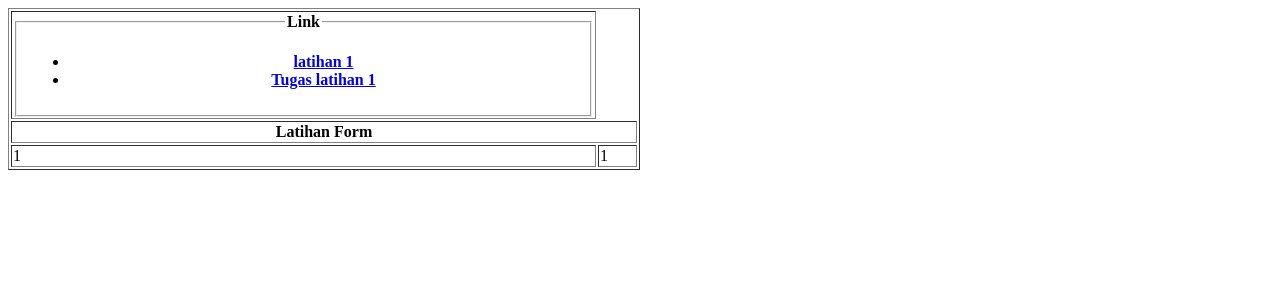
Repository: AHSANS354/tugas-sib5
Page: latihanform.html
The author's editor kept a copy of each file at every save. The page is drawn from the files as they stood at one save, then again after the next save.
The browser window is 1280 px wide. The pictures show the whole page.

Above is the page before, as saved 2023-08-21 11:19:34.

### latihanform.html
<!DOCTYPE html>
<html lang="en">
  <head>
    <meta charset="UTF-8" />
    <meta name="viewport" content="width=device-width, initial-scale=1.0" />
    <title>Document</title>
  </head>
  <body>
    <table border="1" width="50%">
      <tr>
        <th>
          <fieldset>
            <legend>Link</legend>
            <ul>
              <li>
                <a href="/latihan1.html" target="_blank">latihan 1</a>
              </li>
              <li>
                <a href="/list.html" target="_blank">Tugas latihan 1</a>
              </li>
            </ul>
          </fieldset>
        </th>
      </tr>
      <tr>
        <th colspan="2">Latihan Form</th>
      </tr>
      <tr>
        <td>1</td>
        <td>1</td>
      </tr>
    </table>
  </body>
</html>

After the next save:
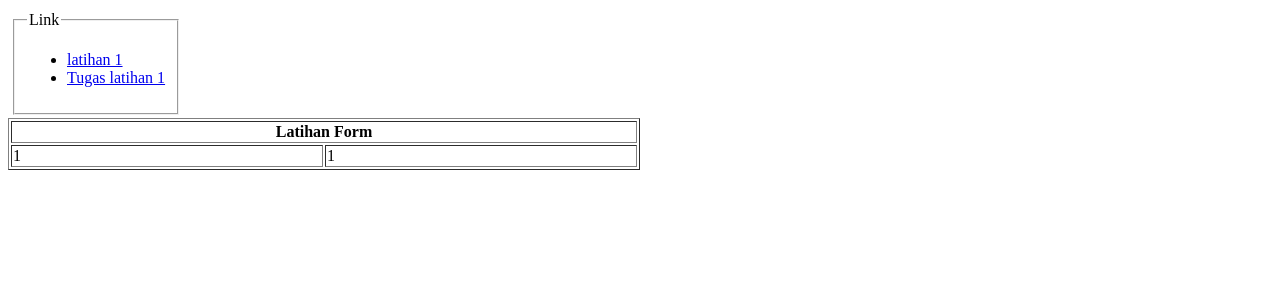
Saved 111 s later.
--- a/latihanform.html
+++ b/latihanform.html
@@ -6,9 +6,9 @@
     <title>Document</title>
   </head>
   <body>
-    <table border="1" width="50%">
+    <table>
       <tr>
-        <th>
+        <td>
           <fieldset>
             <legend>Link</legend>
             <ul>
@@ -20,8 +20,11 @@
               </li>
             </ul>
           </fieldset>
-        </th>
+        </td>
       </tr>
+    </table>
+
+    <table border="1" width="50%">
       <tr>
         <th colspan="2">Latihan Form</th>
       </tr>
